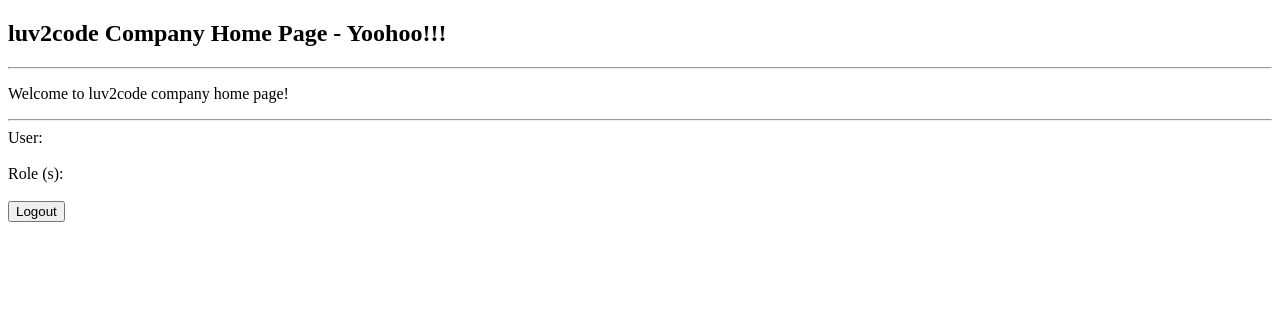
Repository: matthias1989/eclipse-workspace-UDEMY
Page: http://localhost/spring-security-demo-07-user-roles/WEB-INF/view/home.jsp
An editor plug-in stored every save of this project. The page is shown before and after the next save, followed by the edit.
The browser window is 1280 px wide. The pictures show the whole page.
The page is served by Tomcat 9. Nobody is signed in. Other server files are loaded and not shown. The template is opened directly, without the code that normally fills it, so the values that code supplies are empty.

Above is the page before, as saved 2018-07-20 15:10:06.

### spring-security-demo-07-user-roles/src/main/webapp/WEB-INF/view/home.jsp
<%@ taglib prefix="form" uri="http://www.springframework.org/tags/form" %>
<%@ taglib prefix="security" uri="http://www.springframework.org/security/tags" %>

<!DOCTYPE html>

<html>
	<head>
		<title>luv2code Company Home Page</title>
	</head>

	<body>
		<h2>luv2code Company Home Page - Yoohoo!!!</h2>
		<hr>
		<p> Welcome to luv2code company home page! </p>
		<hr>
		<!-- Display user name and role -->
		User: <security:authentication property="principal.username"/> <br> <br>
		Role (s): <security:authentication property="principal.authorities"/> <br> <br>

		<!-- Add a logout button -->
		<form:form action="${pageContext.request.contextPath}/logout" method="POST">
			<input type="submit" value="Logout" />
		</form:form>
	</body>

</html>

After the next save:
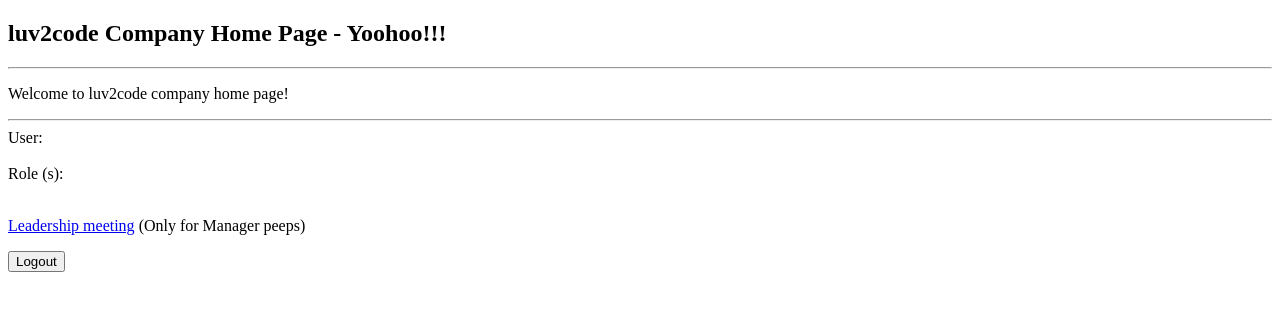
Saved 83 min 45 s later.
--- a/spring-security-demo-07-user-roles/src/main/webapp/WEB-INF/view/home.jsp
+++ b/spring-security-demo-07-user-roles/src/main/webapp/WEB-INF/view/home.jsp
@@ -17,6 +17,12 @@
 		User: <security:authentication property="principal.username"/> <br> <br>
 		Role (s): <security:authentication property="principal.authorities"/> <br> <br>
 
+		<!-- Add a link to point to /leaders => for managers -->
+		<p>
+			<a href="${pageContext.request.contextPath}/leaders">Leadership meeting</a>
+			(Only for Manager peeps)
+		</p>
+
 		<!-- Add a logout button -->
 		<form:form action="${pageContext.request.contextPath}/logout" method="POST">
 			<input type="submit" value="Logout" />
